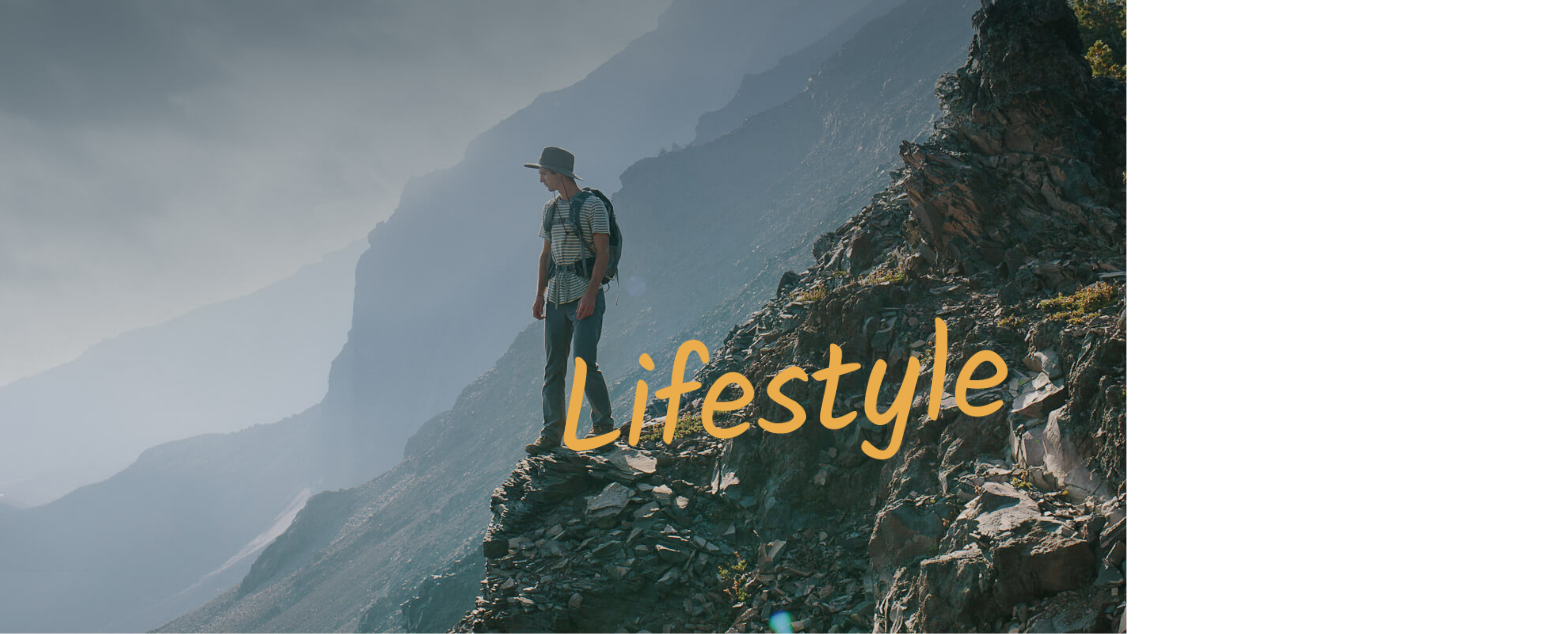
Repository: MalgorzataMazur/BeLife
Page: index.html
The author's editor kept a copy of each file at every save. The page is drawn from the files as they stood at one save, then again after the next save.
The browser window is 1280 px wide. The page is 1780 px wide, then 1280 px, then 1780 px, so the pictures cover 1780 px, including what lies to the right of the window. The pictures show the whole page, at 88% of full size.

Above is the page before, as saved 2019-10-29 19:32:31.

### index.html
<!DOCTYPE html>
<html lang="en-US">
<head>
    <link rel="stylesheet" href="vendors/css/normalize.css">
    <link rel="stylesheet" href="vendors/css/grid.css">
    <link rel="stylesheet" type="text/css" href="resources/css/style.css">
    <link href="https://fonts.googleapis.com/css?family=Lora:400,400i,700,700i&display=swap" rel="stylesheet">
    <title>BeLifestyle</title>
    <meta charset="UTF-8">
    <meta name="viewport" content="width=device-width, initial-scale=1.0">
    <meta http-equiv="X-UA-Compatible" content="ie=edge">
    <title>Document</title>
</head>
<body>
    <header>
        <div class="hero-logo-box">
            <h1><img src="resources/css/img/home_lifestyle_slogan.png"></h1>
        </div>

    </header>



</body>
</html>

### resources/css/style.css
* {
    margin: 0;
    padding: 0;
    box-sizing: border-box;
}

html {
    color: #9d9fa0;
    font-family: "Lora", Arial, Tahoma, sans-serif;
    font-weight: 400;
    font-size: 13px;
}

.row {
    max-width: 1140px;
    margin: 0 auto;
}
header {
    background-image:  url(img/home_lifestyle_blog_sectionbg1.jpg);
    background-size: cover;
    background-position: center;
    height: 100vh;
}

.hero-logo-box {
    position: absolute;
    width: 1140px;
    left: 50%;
    top: 50%;
    right: 50%;
    bottom: 50%;

}

h1 {
    margin: 0;
}

Loaded but not shown: vendors/css/normalize.css (library); vendors/css/grid.css (library)

After the next save:
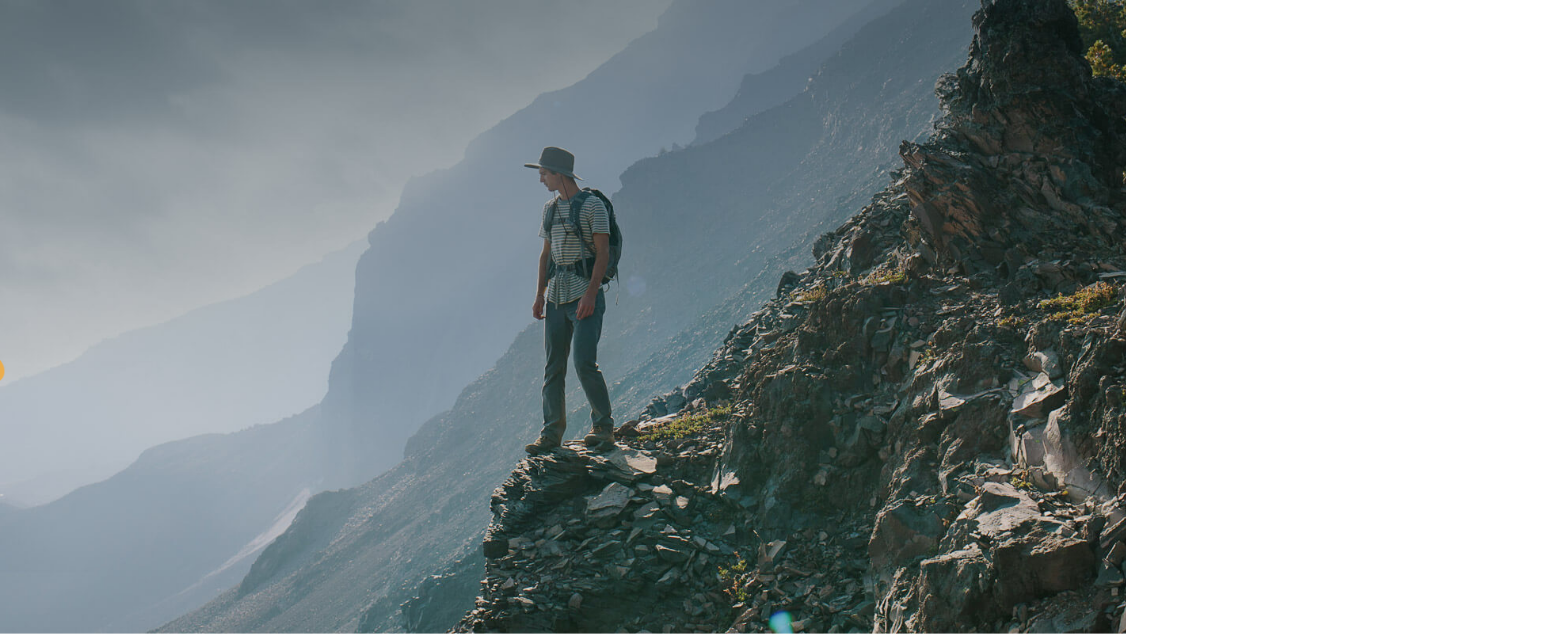
Saved 20 s later.
--- a/resources/css/style.css
+++ b/resources/css/style.css
@@ -25,7 +25,7 @@
 .hero-logo-box {
     position: absolute;
     width: 1140px;
-    left: 50%;
+
     top: 50%;
     right: 50%;
     bottom: 50%;

After the save that followed:
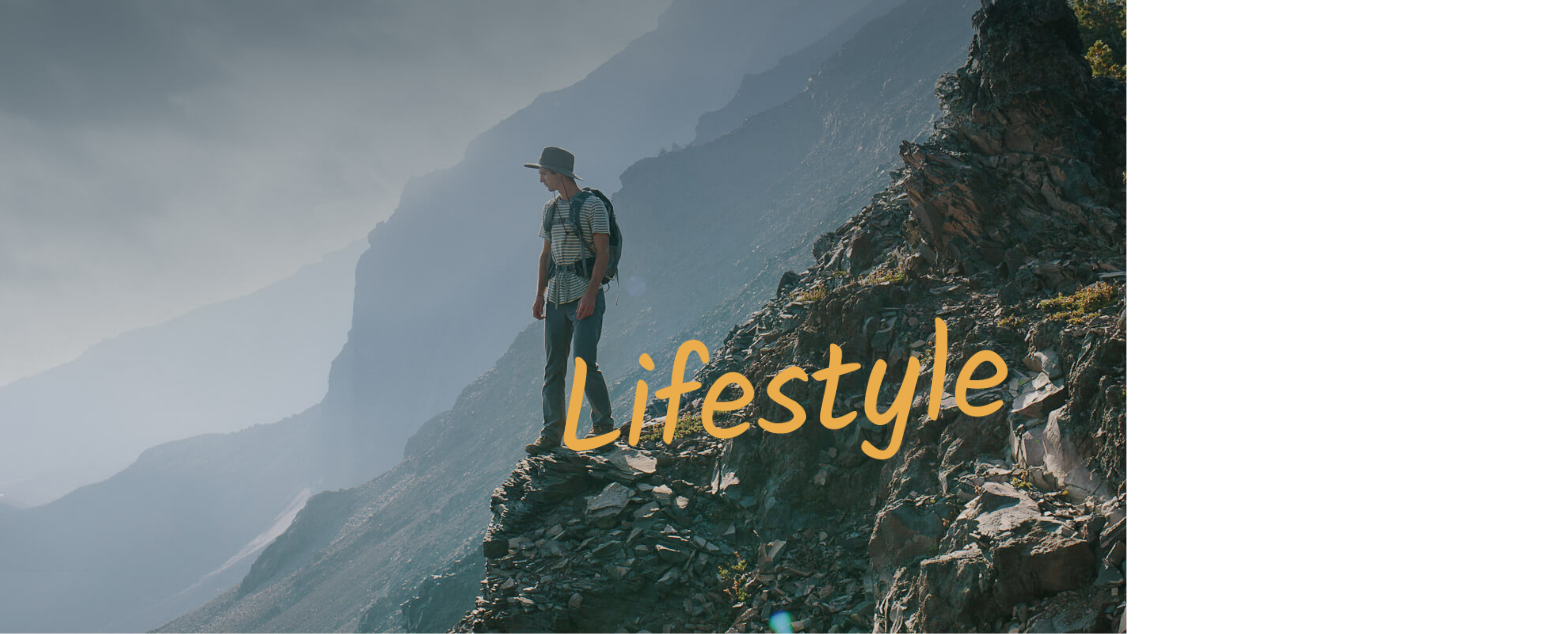
Saved 8 s later.
--- a/resources/css/style.css
+++ b/resources/css/style.css
@@ -25,7 +25,7 @@
 .hero-logo-box {
     position: absolute;
     width: 1140px;
-
+    left: 50%;
     top: 50%;
     right: 50%;
     bottom: 50%;
